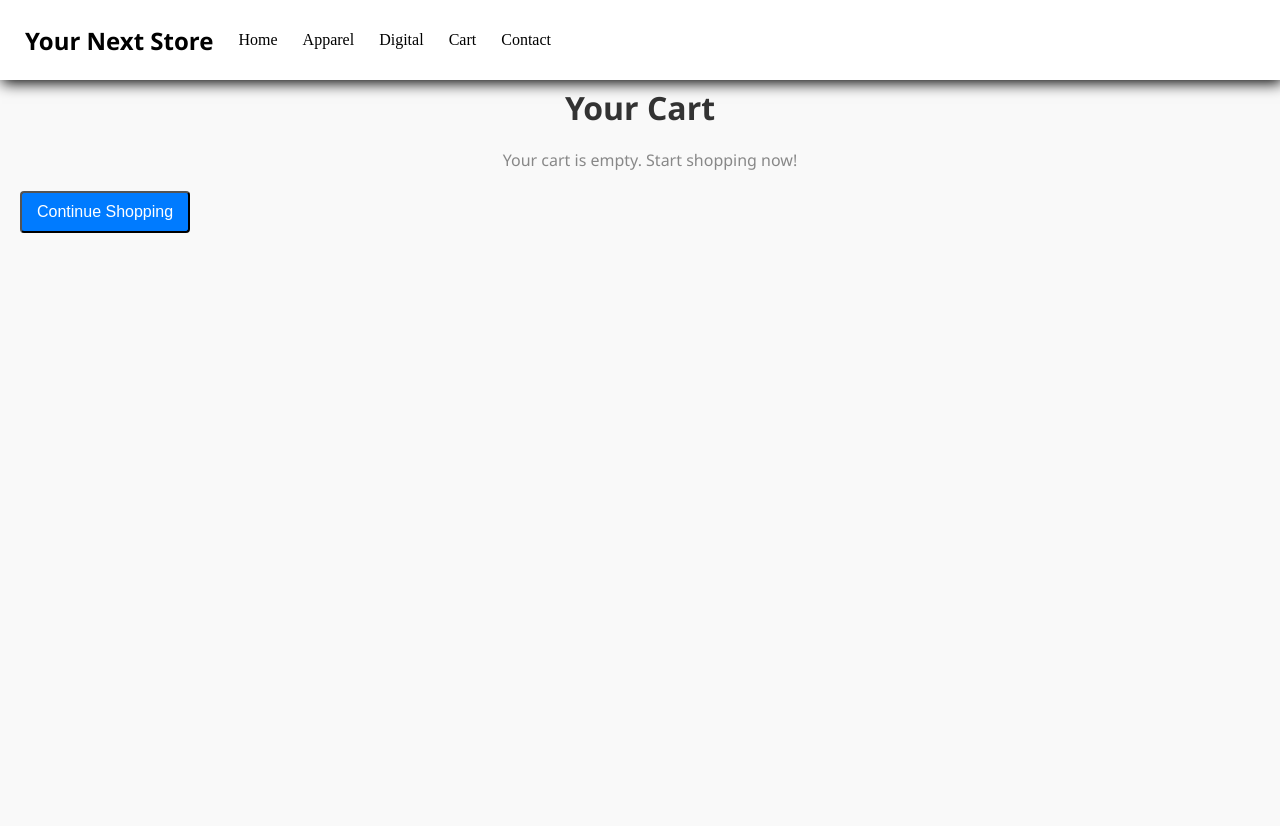
Repository: Sharathguru/React_Project1
Page: /cart
The author's editor kept a copy of each file at every save. The page is drawn from the files as they stood at one save, then again after a run of saves.
The browser window is 1280 px wide. The pictures show the whole page.
The project was rebuilt for these pictures with package versions that can differ from the ones it lists, and the page was loaded fresh each time. Also part of the build but not shown: vite.config.js, src/Component/Main/Main1.jsx, src/Component/Main/Cloud.jsx, src/Component/Home.jsx, src/Component/NavbarComponent/Apparel.jsx, src/Component/NavbarComponent/Digital.jsx, src/Component/Contact.jsx, src/Component/Main/Signup.jsx and 3 more.

Above is the page before, as saved 2025-01-17 10:45:36.

After the next 2 saves:
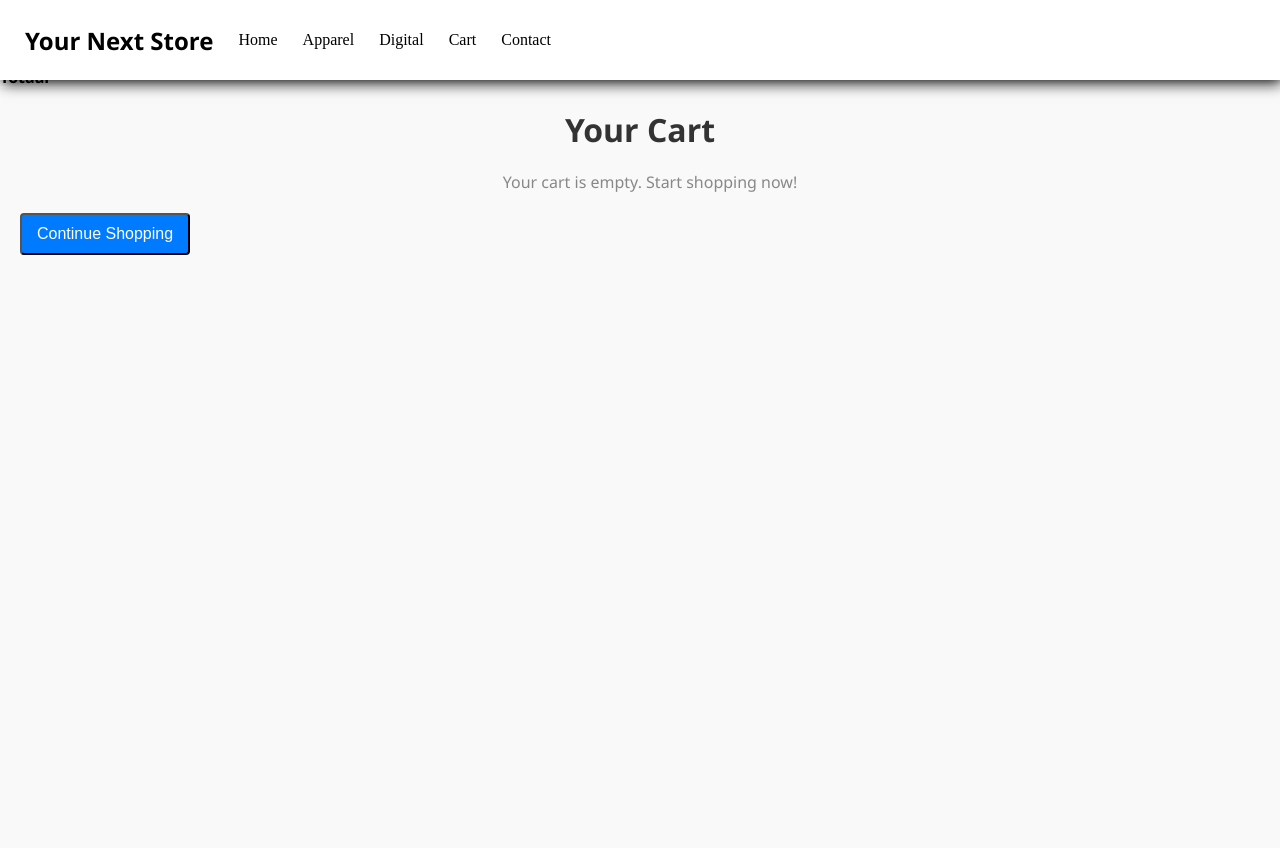
The 2 saves are shown as one change because they came seconds apart.
The last was saved 6 s later.
--- a/src/Component/NavbarComponent/Cart.jsx
+++ b/src/Component/NavbarComponent/Cart.jsx
@@ -44,6 +44,7 @@ const Cart = ({ cartItems, setCartItems }) => {
       <div>
         <h4>Price</h4>
         <h4>Quantity</h4>
+        <h4>Totaal</h4>
       </div>
     </div>
       <div id="cart-content">
